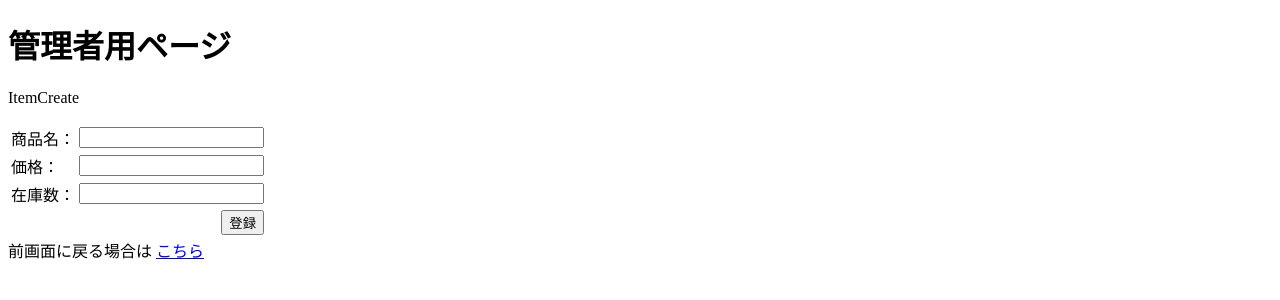
Repository: MurayamaMura/ecsite
Page: http://localhost/ecsite/managerLogin.jsp
These files come from the project's save history. The page is drawn as it stood at one moment and after the next save; the edit follows.
The browser window is 1280 px wide. The pictures show the whole page.
The page is served by Tomcat 9. Other server files are loaded and not shown.

Above is the page before, as saved 2018-08-03 04:02:30.

### ecsite/WebContent/managerLogin.jsp
<%@ page language="java" contentType="text/html; charset=UTF-8"
    pageEncoding="UTF-8"%>
<%@ taglib prefix="s" uri="/struts-tags" %>
<!DOCTYPE html PUBLIC "-//W3C//DTD HTML 4.01 Transitional//EN" "http://www.w3.org/TR/html4/loose.dtd">
<html>
<head>
<meta http-equiv="Content-Type" content="text/html; charset=UTF-8" />
<meta http-equiv="Content-Style-Type" content="text/css" />
<title>ManagerPage</title>
</head>
<body>
<h1>管理者用ページ</h1>
<div id="header">
		<div id="pr"></div>
	</div>
	<div id="main">
		<div id="top">
			<p>ItemCreate</p>
		</div>
		<div>
			<s:if test="errorMassage !=''">
				<s:property value="errorMassage" escape="false" />
			</s:if>
			<table>
			<s:form action="AddItemConfirmAction">
				<tr>
					<td>
						<label>商品名：</label>
					</td>
					<td>
						<input type="text" name="itemName" value="" />
					</td>
				</tr>
				<tr>
					<td>
						<label>価格：</label>
					</td>
					<td>
						<input type="text" name="itemPrice" value=""/>
					</td>
				</tr>
				<tr>
					<td>
						<label>在庫数：</label>
					</td>
					<td>
						<input type="text" name="itemStock" value=""/>
					</td>
				</tr>
				<s:submit value="登録"/>
			</s:form>
			</table>

			<div>
				<span>前画面に戻る場合は</span>
				<a href='<s:url action="HomeAction"/>'>こちら</a>
			</div>
		</div>
	</div>
	<div id="footer">
	<div id="pr">
	</div>
</div>
</body>
</html>

After the next save:
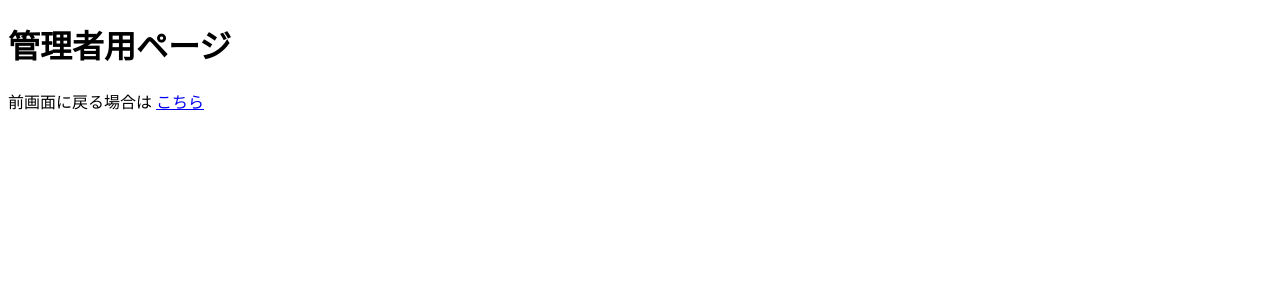
Saved 10 min 31 s later.
--- a/ecsite/WebContent/managerLogin.jsp
+++ b/ecsite/WebContent/managerLogin.jsp
@@ -15,7 +15,7 @@
 	</div>
 	<div id="main">
 		<div id="top">
-			<p>ItemCreate</p>
+<!--  		<p>ItemCreate</p>
 		</div>
 		<div>
 			<s:if test="errorMassage !=''">
@@ -52,6 +52,7 @@
 			</table>
 
 			<div>
+-->
 				<span>前画面に戻る場合は</span>
 				<a href='<s:url action="HomeAction"/>'>こちら</a>
 			</div>
